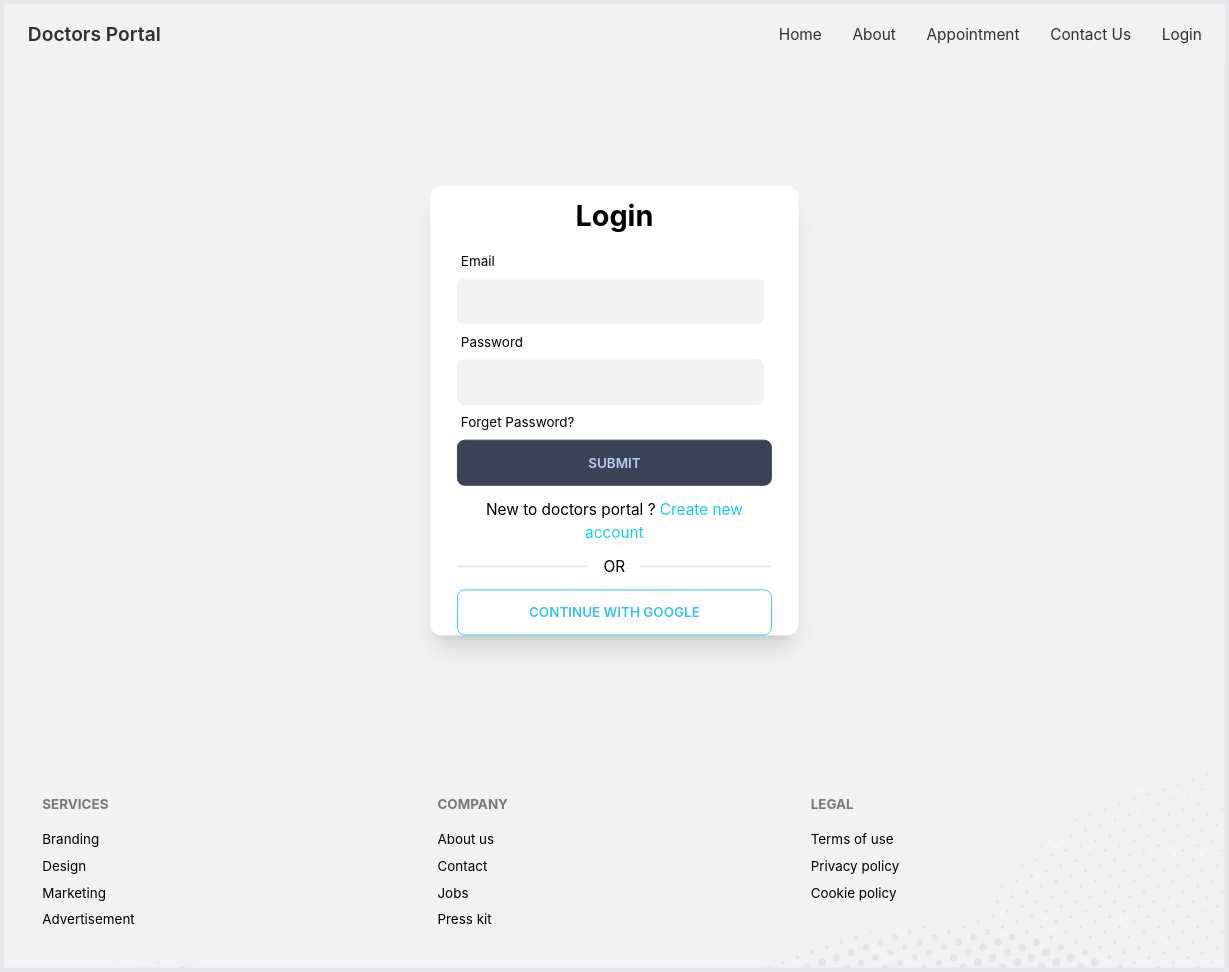
Repository: Samad77/Doctorportal-Client
Page: /login
An editor plug-in stored every save of this project. The page is shown before and after the next save, followed by the edit.
The browser window is 1280 px wide. The pictures show the whole page, at 96% of full size.
The project was rebuilt for these pictures with package versions that can differ from the ones it lists, and the page was loaded fresh each time. Also part of the build but not shown: src/Pages/Appointment/BookingModal/BookingModal.js, src/Pages/Appointment/AppoinmentCard/AppoinmentCard.js, src/Pages/Appointment/AppointmentBanner/AppointmentBanner.js, src/Pages/Appointment/AvailavleAppoinment/AvailableAppoinment.js, src/Pages/Appointment/Appoinment/Appoinment.js, src/Components/PrimaryButton/PrimaryButton.js, src/Pages/Home/Banner/Banner.js, src/Pages/Home/Cards/Cards.js and 6 more.

Above is the page before, as saved 2022-11-16 10:36:01.

### src/index.js
import React from 'react';
import ReactDOM from 'react-dom/client';
import './index.css';
import App from './App';
import reportWebVitals from './reportWebVitals';
import 'react-day-picker/dist/style.css';
const root = ReactDOM.createRoot(document.getElementById('root'));
root.render(
  <React.StrictMode>
    <App />
  </React.StrictMode>
);

// If you want to start measuring performance in your app, pass a function
// to log results (for example: reportWebVitals(console.log))
// or send to an analytics endpoint. Learn more: https://bit.ly/CRA-vitals
reportWebVitals();

### src/App.js
import logo from './logo.svg';
import './App.css';
import {RouterProvider} from 'react-router-dom'
import router from './Layout/Routes/Routes';
import Cards from './Pages/Home/Cards/Cards';
function App() {
  return (
    <div className="App max-w-[1440px] mx-auto border-4">
      <RouterProvider router={router}>

      </RouterProvider>
    </div>
  );
}

export default App;

### src/Layout/Routes/Routes.js
import { createBrowserRouter } from "react-router-dom";
import Appoinment from "../../Pages/Appointment/Appoinment/Appoinment";
import Home from "../../Pages/Home/Home";
import Login from "../../Pages/Login/Login";
import SignUp from "../../Pages/SignUp/SignUp";
import Main from "../Main/Main";

const router = createBrowserRouter([
    {path : "/",
    element : <Main></Main>,
    children : [
        {path : '/', element : <Home></Home>,},
        {path: '/home', element : <Home></Home>},
        {path: '/login', element : <Login></Login>},
        {path : '/appointment', element: <Appoinment></Appoinment>},
        {path : '/signup', element: <SignUp></SignUp>},

    ]
    }
])

export default router;

### src/Pages/Login/Login.js
import React, { useState } from 'react';
import { useForm } from 'react-hook-form';
import {Link} from 'react-router-dom'
const Login = () => {
    const { register, handleSubmit } = useForm();
    const [data, setData] = useState("");

    return (
        <section className='h-screen flex justify-center items-center'>

            <form onSubmit={handleSubmit((data) => setData(JSON.stringify(data)))} className=" rounded-xl shadow-xl bg-white shadow-xl text-black w-96 px-7">
                <h1 className='text-black font-bold text-3xl my-3'>Login</h1>
                <div className="form-control">
                    <label className="label ">
                        <span className="label-text text-black">Email</span>
                    </label>
                    <input type="text" {...register("Email")} className="input input-bordered- w-full max-w-xs input-neutral " />
                </div>

                <div className="form-control">
                    <label className="label">
                        <span className="label-text text-black">Password</span>
                    </label>
                    <input type="text" {...register("password")} className="input input-bordered- w-full max-w-xs input-neutral " />
                </div>

                <label className="label">
                    <span className="label-text text-black">Forget Password?</span>
                </label>

                <input type="submit" className='btn w-full bg-neutral' />

                <p className='my-3'>New to doctors portal ? <Link to='/signup' className='text-primary'>Create new account</Link></p>

                    <div className="divider">OR</div>

                <button className="btn btn-outline btn-info w-full">CONTINUE WITH GOOGLE</button>
                <p>{data}</p>

            </form>
        </section>
    );
};

export default Login;

### src/Layout/Main/Main.js
import React from 'react';
import Footer from '../../Pages/Shared/Footer/Footer';
import Navbar from '../../Pages/Shared/Navbar/Navbar';
import {Outlet} from 'react-router-dom'
const Main = () => {
    return (
        <div>
            <Navbar></Navbar>
                <Outlet></Outlet>
            <Footer></Footer>
        </div>
    );
};

export default Main;

### src/Pages/Shared/Footer/Footer.js
import React from 'react';
import footerImg from '../../../assets/images/footer.png'
const Footer = () => {
    return (
        <footer className="footer p-10 text-black" style={{background : `url(${footerImg})`, backgroundSize: "cover"}}>
  <div>
    <span className="footer-title">Services</span>
    <a className="link link-hover">Branding</a>
    <a className="link link-hover">Design</a>
    <a className="link link-hover">Marketing</a>
    <a className="link link-hover">Advertisement</a>
  </div>
  <div>
    <span className="footer-title">Company</span>
    <a className="link link-hover">About us</a>
    <a className="link link-hover">Contact</a>
    <a className="link link-hover">Jobs</a>
    <a className="link link-hover">Press kit</a>
  </div>
  <div>
    <span className="footer-title">Legal</span>
    <a className="link link-hover">Terms of use</a>
    <a className="link link-hover">Privacy policy</a>
    <a className="link link-hover">Cookie policy</a>
  </div>
</footer>
    );
};

export default Footer;

### src/Pages/Shared/Navbar/Navbar.js
import React from 'react';
import {Link} from 'react-router-dom'
const Navbar = () => {

    const menuItems =

    <React.Fragment>
        <li><Link to="/home">Home</Link></li>
        <li><Link to="/about">About</Link></li>
        <li><Link to="/appointment">Appointment</Link></li>
        <li><Link to="/contact">Contact Us</Link></li>
        <li><Link to="/login">Login</Link></li>
    </React.Fragment>

    return (
        <div className="navbar bg-base-100 flex justify-between">
  <div className="navbar-start">
    <div className="dropdown">
      <label tabIndex={0} className="btn btn-ghost lg:hidden">
        <svg xmlns="http://www.w3.org/2000/svg" className="h-5 w-5" fill="none" viewBox="0 0 24 24" stroke="currentColor"><path strokeLinecap="round" strokeLinejoin="round" strokeWidth="2" d="M4 6h16M4 12h8m-8 6h16" /></svg>
      </label>
      <ul tabIndex={0} className="menu menu-compact dropdown-content mt-3 p-2 shadow rounded-box w-52">
            {menuItems}
      </ul>
    </div>
    <Link to='/' className="btn btn-ghost normal-case text-xl">Doctors Portal</Link>
  </div>
  <div className="navbar-center hidden lg:flex">
    <ul className="menu menu-horizontal p-0">
        {menuItems}
    </ul>
  </div>

</div>
    );
};

export default Navbar;

### tailwind.config.js
/** @type {import('tailwindcss').Config} */
module.exports = {
  content: ["./src/**/*.{js,jsx,ts,tsx}"],
  theme: {
    extend: {},
  },
  daisyui : {
    themes : [

    {
      doctorThemes: {

primary: "#0FCFEC",

secondary: "#19D3AE",

neutral: "#3A4256",

"base-100": "#F2F2F2",

      },
    },
  ]
  },
  plugins: [require("daisyui")],
}

Loaded but not shown: public/index.html (common file); src/index.css (common file); src/reportWebVitals.js (common file); src/App.css (common file)

After the next save:
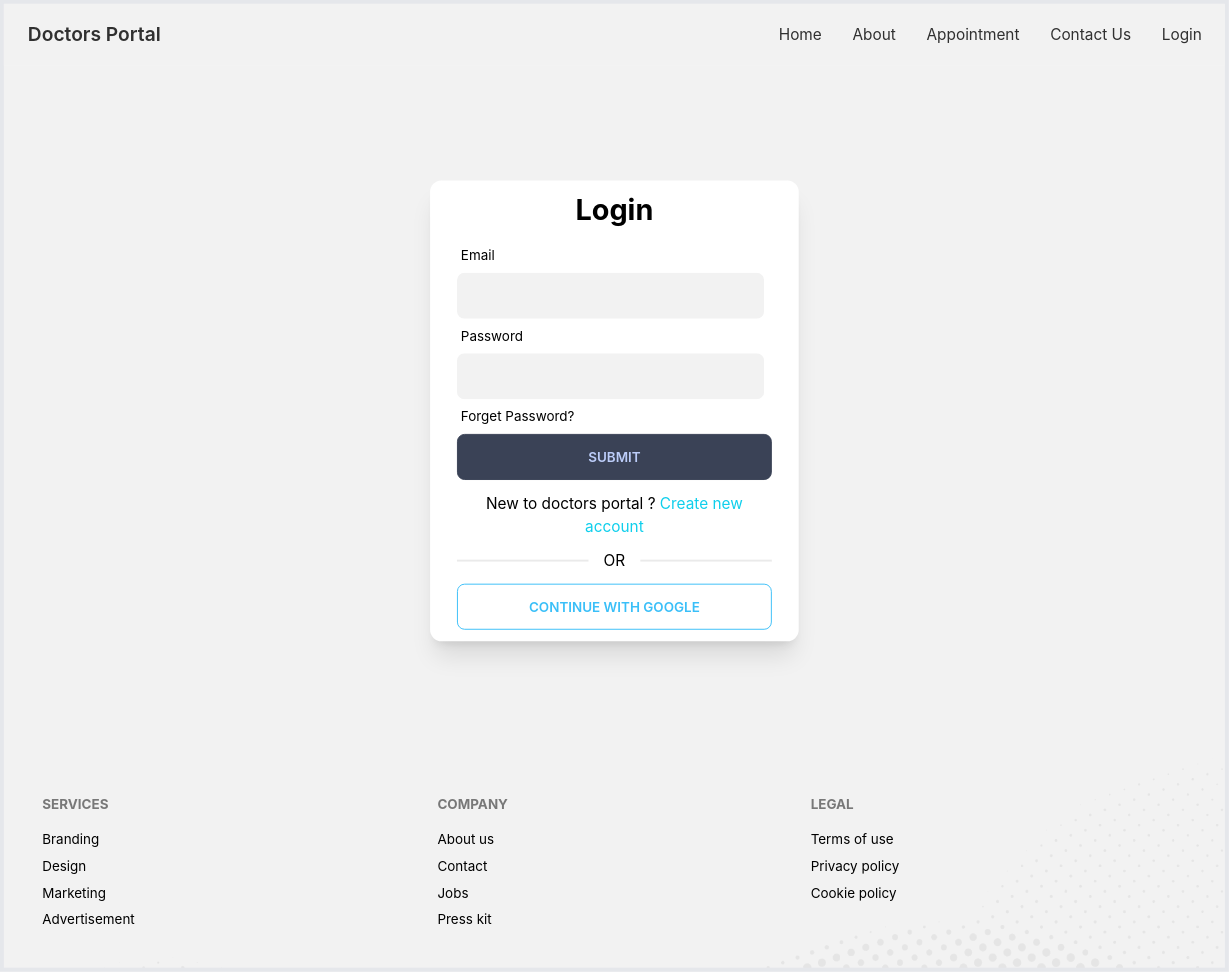
Saved 16 s later.
--- a/src/Pages/Login/Login.js
+++ b/src/Pages/Login/Login.js
@@ -34,7 +34,7 @@ const Login = () => {
 
                     <div className="divider">OR</div>
 
-                <button className="btn btn-outline btn-info w-full">CONTINUE WITH GOOGLE</button>
+                <button className="btn btn-outline btn-info w-full mb-3">CONTINUE WITH GOOGLE</button>
                 <p>{data}</p>
 
             </form>
